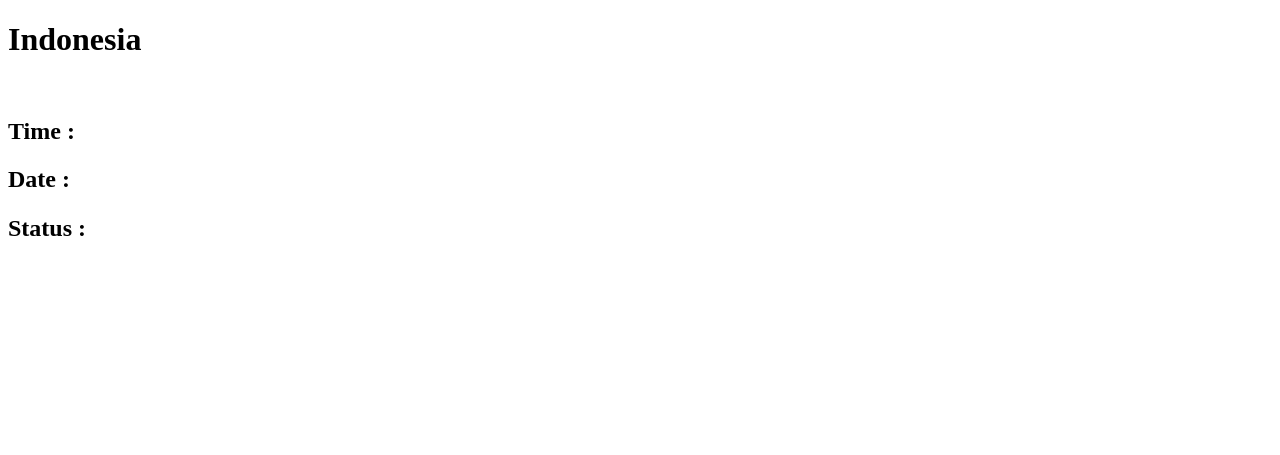
Repository: SnakeXrnt/notion-clock
Page: indonesia.html
The author's editor kept a copy of each file at every save. The page is drawn from the files as they stood at one save, then again after the next save.
The browser window is 1280 px wide. The pictures show the whole page.

Above is the page before, as saved 2024-05-21 16:02:12.

After the next save:
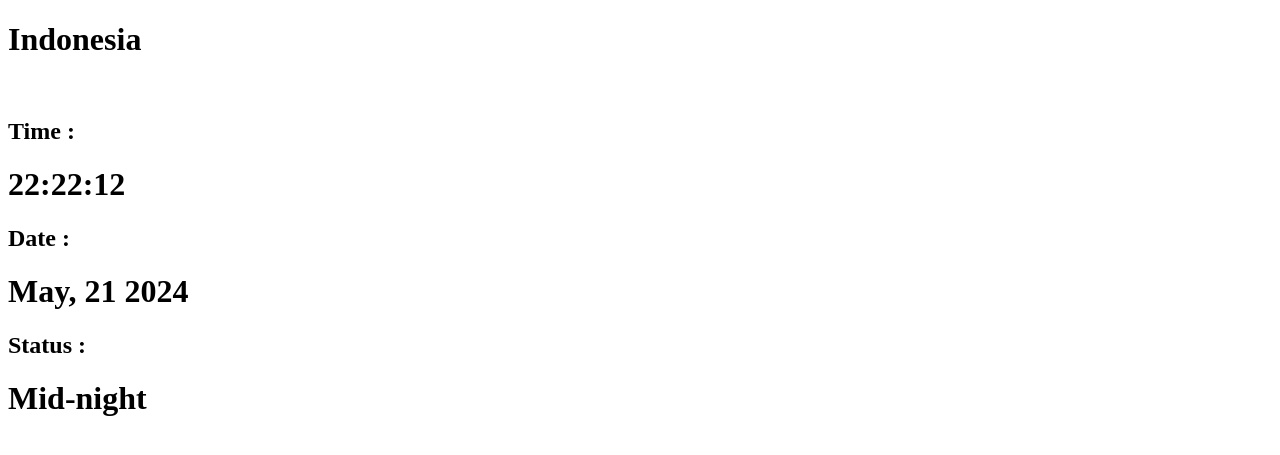
Saved 81 s later.
--- a/indonesia.html
+++ b/indonesia.html
@@ -11,7 +11,52 @@
 
     </style>
     <script>
+        function updateTime() {
+            const timeElement = document.querySelector('.time');
+            const dateElement = document.querySelector('.date');
+            const statusElement = document.querySelector('.status');
 
+            const now = new Date();
+            const options = { timeZone: 'Asia/Jakarta' };
+            const jakartaTime = new Date(now.toLocaleString('en-US', options));
+
+            const hours = jakartaTime.getHours();
+            const minutes = jakartaTime.getMinutes();
+            const seconds = jakartaTime.getSeconds();
+
+            timeElement.innerHTML = `${hours}:${minutes < 10 ? '0' : ''}${minutes}<span class="blink">:</span>${seconds < 10 ? '0' : ''}${seconds}`;
+
+            const monthNames = ["January", "February", "March", "April", "May", "June", "July", "August", "September", "October", "November", "December"];
+            const month = monthNames[jakartaTime.getMonth()];
+            const date = jakartaTime.getDate();
+            const year = jakartaTime.getFullYear();
+
+            dateElement.innerHTML = `${month}, ${date} ${year}`;
+
+            const hourOfDay = jakartaTime.getHours();
+            let status = '';
+            if (hourOfDay >= 5 && hourOfDay < 12) {
+                status = 'Morning';
+            } else if (hourOfDay >= 12 && hourOfDay < 15) {
+                status = 'Mid-day';
+            } else if (hourOfDay >= 15 && hourOfDay < 18) {
+                status = 'Afternoon';
+            } else if (hourOfDay >= 18 && hourOfDay < 21) {
+                status = 'Evening';
+            } else {
+                status = 'Mid-night';
+            }
+
+            statusElement.innerHTML = status;
+
+            // Toggle blink class
+            const blinkElements = document.querySelectorAll('.blink');
+            blinkElements.forEach(element => {
+                element.classList.toggle('hidden');
+            });
+        }
+
+        setInterval(updateTime, 1000); // Update every second
     </script>
 </head>
 <body>
@@ -22,5 +67,6 @@
     <h2>Date :</h2>
     <h1 class="date"></h1>
     <h2>Status : </h2>
+    <h1 class="status"></h1>
 </body>
 </html>
